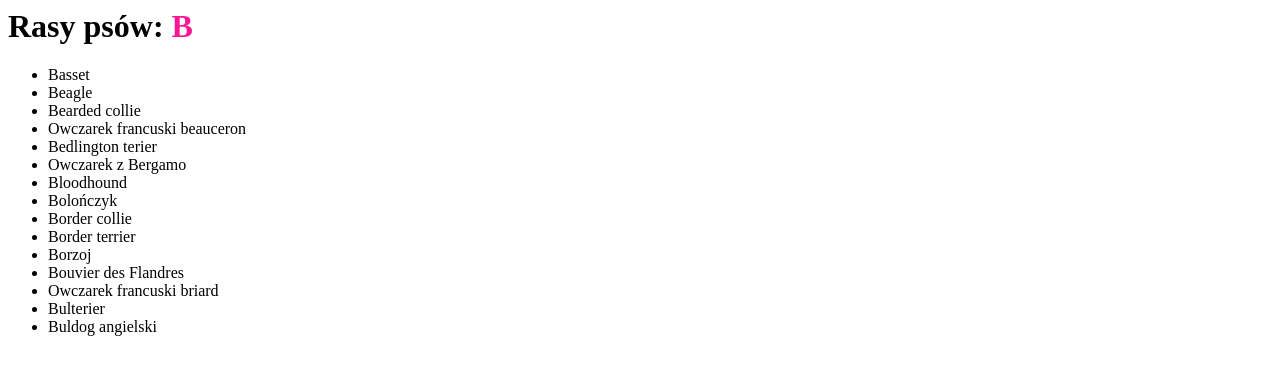
Repository: Lenerystia/HTML
Page: Rozdział 12/Postacie_laczy/link-visited.html
An editor plug-in stored every save of this project. The page is shown before and after the next save, followed by the edit.
The browser window is 1280 px wide. The pictures show the whole page.

Above is the page before, as saved 2022-02-02 12:52:11.

### Rozdział 12/Postacie_laczy/link-visited.html
<html>
	<head>
		<meta http-equiv="content-type" content="text/html; charset=UTF-8">
		<title>Odwiedzone łącza</title>
        <!--<link rel="stylesheet" href="style.css">-->
		</head>
		<body>
            <h1>Rasy psów: <span style="color: deeppink;">B</span></h1>
            <ul>
                <li><a href="http://pl.wikipedia.org/wiki/Basset"></a>Basset</li>
                <li><a href="http://pl.wikipedia.org/wiki/Beagle_(rasa_psów)"></a>Beagle</li>
                <li><a href="http://pl.wikipedia.org/wiki/Bearded_collie"></a>Bearded collie</li>
                <li><a href="http://pl.wikipedia.org/wiki/Owczarek_francuski_beauceron"></a>Owczarek francuski beauceron</li>
                <li><a href="http://pl.wikipedia.org/wiki/Bedlington_terier"></a>Bedlington terier</li>
                <li><a href="http://pl.wikipedia.org/wiki/Owczarek_z_Bergamo"></a>Owczarek z Bergamo</li>
                <li><a href="http://pl.wikipedia.org/wiki/Bloodhound"></a>Bloodhound</li>
                <li><a href="http://pl.wikipedia.org/wiki/Bolończyk"></a>Bolończyk</li>
                <li><a href="http://pl.wikipedia.org/wiki/Border_collie"></a>Border collie</li>
                <li><a href="http://pl.wikipedia.org/wiki/Border_terrier"></a>Border terrier</li>
                <li><a href="http://pl.wikipedia.org/wiki/Borzoj"></a>Borzoj</li>
                <li><a href="http://pl.wikipedia.org/wiki/Bouvier_des_Flandres"></a>Bouvier des Flandres</li>
                <li><a href="http://pl.wikipedia.org/wiki/Owczarek_francuski_briard"></a>Owczarek francuski briard</li>
                <li><a href="http://pl.wikipedia.org/wiki/Bulterier"></a>Bulterier</li>
                <li><a href="http://pl.wikipedia.org/wiki/Buldog_angielski"></a>Buldog angielski</li>
            </ul>
        </body>
</html>

After the next save:
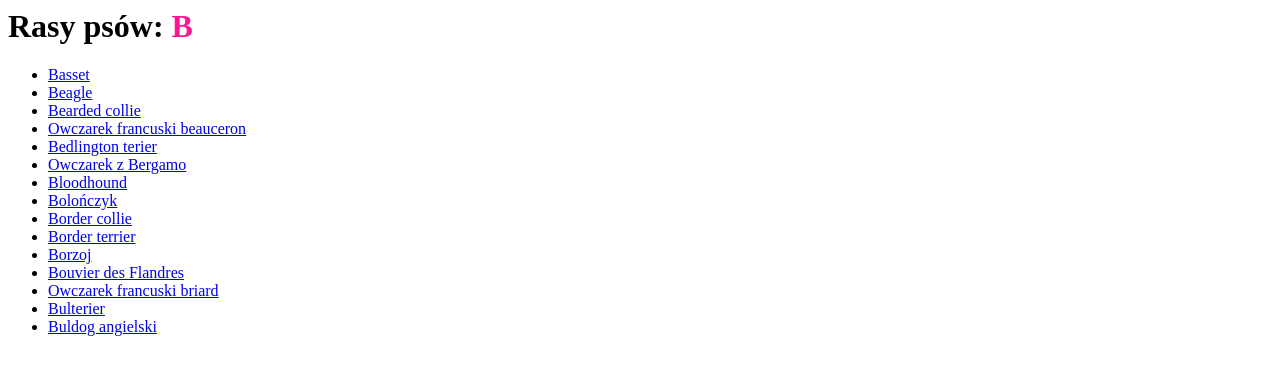
Saved 48 s later.
--- a/Rozdział 12/Postacie_laczy/link-visited.html
+++ b/Rozdział 12/Postacie_laczy/link-visited.html
@@ -7,21 +7,21 @@
 		<body>
             <h1>Rasy psów: <span style="color: deeppink;">B</span></h1>
             <ul>
-                <li><a href="http://pl.wikipedia.org/wiki/Basset"></a>Basset</li>
-                <li><a href="http://pl.wikipedia.org/wiki/Beagle_(rasa_psów)"></a>Beagle</li>
-                <li><a href="http://pl.wikipedia.org/wiki/Bearded_collie"></a>Bearded collie</li>
-                <li><a href="http://pl.wikipedia.org/wiki/Owczarek_francuski_beauceron"></a>Owczarek francuski beauceron</li>
-                <li><a href="http://pl.wikipedia.org/wiki/Bedlington_terier"></a>Bedlington terier</li>
-                <li><a href="http://pl.wikipedia.org/wiki/Owczarek_z_Bergamo"></a>Owczarek z Bergamo</li>
-                <li><a href="http://pl.wikipedia.org/wiki/Bloodhound"></a>Bloodhound</li>
-                <li><a href="http://pl.wikipedia.org/wiki/Bolończyk"></a>Bolończyk</li>
-                <li><a href="http://pl.wikipedia.org/wiki/Border_collie"></a>Border collie</li>
-                <li><a href="http://pl.wikipedia.org/wiki/Border_terrier"></a>Border terrier</li>
-                <li><a href="http://pl.wikipedia.org/wiki/Borzoj"></a>Borzoj</li>
-                <li><a href="http://pl.wikipedia.org/wiki/Bouvier_des_Flandres"></a>Bouvier des Flandres</li>
-                <li><a href="http://pl.wikipedia.org/wiki/Owczarek_francuski_briard"></a>Owczarek francuski briard</li>
-                <li><a href="http://pl.wikipedia.org/wiki/Bulterier"></a>Bulterier</li>
-                <li><a href="http://pl.wikipedia.org/wiki/Buldog_angielski"></a>Buldog angielski</li>
+                <li><a href="http://pl.wikipedia.org/wiki/Basset">Basset</a></li>
+                <li><a href="http://pl.wikipedia.org/wiki/Beagle_(rasa_psów)">Beagle</a></li>
+                <li><a href="http://pl.wikipedia.org/wiki/Bearded_collie">Bearded collie</a></li>
+                <li><a href="http://pl.wikipedia.org/wiki/Owczarek_francuski_beauceron">Owczarek francuski beauceron</a></li>
+                <li><a href="http://pl.wikipedia.org/wiki/Bedlington_terier">Bedlington terier</a></li>
+                <li><a href="http://pl.wikipedia.org/wiki/Owczarek_z_Bergamo">Owczarek z Bergamo</a></li>
+                <li><a href="http://pl.wikipedia.org/wiki/Bloodhound">Bloodhound</a></li>
+                <li><a href="http://pl.wikipedia.org/wiki/Bolończyk">Bolończyk</a></li>
+                <li><a href="http://pl.wikipedia.org/wiki/Border_collie">Border collie</a></li>
+                <li><a href="http://pl.wikipedia.org/wiki/Border_terrier">Border terrier</a></li>
+                <li><a href="http://pl.wikipedia.org/wiki/Borzoj">Borzoj</a></li>
+                <li><a href="http://pl.wikipedia.org/wiki/Bouvier_des_Flandres">Bouvier des Flandres</a></li>
+                <li><a href="http://pl.wikipedia.org/wiki/Owczarek_francuski_briard">Owczarek francuski briard</a></li>
+                <li><a href="http://pl.wikipedia.org/wiki/Bulterier">Bulterier</a></li>
+                <li><a href="http://pl.wikipedia.org/wiki/Buldog_angielski">Buldog angielski</a></li>
             </ul>
         </body>
 </html>
